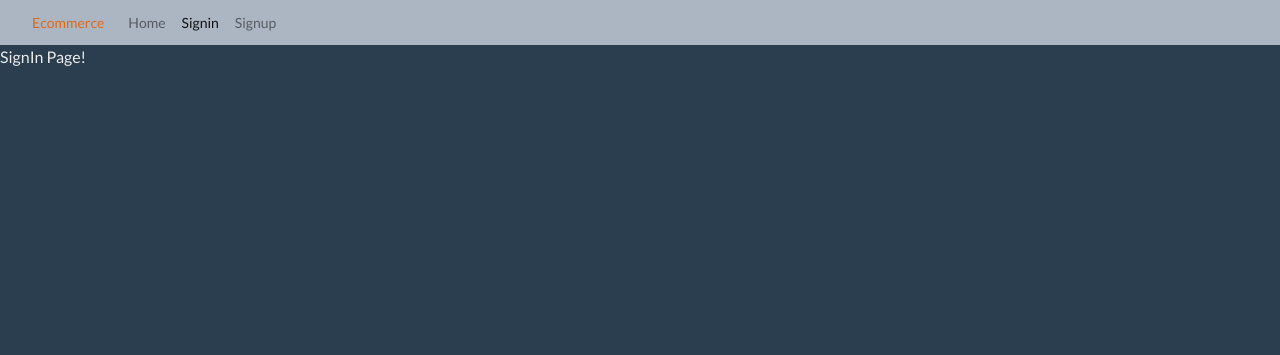
Repository: godlikeAlex/ecommerce-frontend-react
Page: /signin
An editor plug-in stored every save of this project. The page is shown before and after the next save, followed by the edit.
The browser window is 1280 px wide. The pictures show the whole page.
The project was rebuilt for these pictures with package versions that can differ from the ones it lists, and the page was loaded fresh each time. Also part of the build but not shown: src/components/Auth/SignUp.js, src/components/Core/MainPage.js.

Above is the page before, as saved 2019-12-12 01:08:58.

### public/index.html
<!DOCTYPE html>
<html lang="en">
  <head>
    <meta charset="utf-8" />
    <link rel="icon" href="%PUBLIC_URL%/favicon.ico" />
    <meta name="viewport" content="width=device-width, initial-scale=1" />
    <meta name="theme-color" content="#000000" />
    <meta
      name="description"
      content="Web site created using create-react-app"
    />
    <link rel="apple-touch-icon" href="%PUBLIC_URL%/logo192.png" />
    <!--
      manifest.json provides metadata used when your web app is installed on a
      user's mobile device or desktop. See https://developers.google.com/web/fundamentals/web-app-manifest/
    -->
    <link rel="manifest" href="%PUBLIC_URL%/manifest.json" />
    <!--
      Notice the use of %PUBLIC_URL% in the tags above.
      It will be replaced with the URL of the `public` folder during the build.
      Only files inside the `public` folder can be referenced from the HTML.

      Unlike "/favicon.ico" or "favicon.ico", "%PUBLIC_URL%/favicon.ico" will
      work correctly both with client-side routing and a non-root public URL.
      Learn how to configure a non-root public URL by running `npm run build`.
    -->
    <link rel="stylesheet" href="https://bootswatch.com/4/superhero/bootstrap.min.css">
    <title>Express Ecomerce Application</title>
  </head>
  <body>
    <noscript>You need to enable JavaScript to run this app.</noscript>
    <div id="root"></div>
    <!--
      This HTML file is a template.
      If you open it directly in the browser, you will see an empty page.

      You can add webfonts, meta tags, or analytics to this file.
      The build step will place the bundled scripts into the <body> tag.

      To begin the development, run `npm start` or `yarn start`.
      To create a production bundle, use `npm run build` or `yarn build`.
    -->
  </body>
</html>

### src/App.js
import React from 'react';
import Routes from './Routes';

function App() {
  return (
    <div className="App">
      <Routes />
    </div>
  );
}

export default App;

### src/Routes.js
import React from 'react';
import {BrowserRouter as Router, Switch, Route} from 'react-router-dom';
import SignIn from './components/Auth/SignIn';
import SignUp from './components/Auth/SignUp';
import Home from './components/Core/MainPage';
import Menu from './components/Core/Menu';

const Routes = () => (
    <Router>
        <Menu />
        <Switch>
            <Route path='/' exact component={Home} />
            <Route path='/signin' exact component={SignIn} />
            <Route path='/signup' exact component={SignUp} />
        </Switch>
    </Router>
);

export default Routes;

### src/components/Auth/SignIn.js
import React from 'react';

const SignUp = () => <div>SignIn Page!</div>

export default SignUp;

### src/components/Core/Menu.js
import React from 'react';
import { Link, withRouter } from 'react-router-dom';

const isActive = (history, path) => {
    const defaultClasses = 'nav-item nav-link';
    return history.location.pathname === path ? `${defaultClasses} active` : defaultClasses;
}

const Menu = ({history}) => {
    return (
        <nav class="navbar navbar-expand-lg navbar-light bg-light">
            <Link className="nav-item nav-link" to="/">Ecommerce</Link>
            <button class="navbar-toggler" type="button" data-toggle="collapse" data-target="#navbarNavAltMarkup" aria-controls="navbarNavAltMarkup" aria-expanded="false" aria-label="Toggle navigation">
                <span class="navbar-toggler-icon"></span>
            </button>
            <div class="collapse navbar-collapse" id="navbarNavAltMarkup">
                <div class="navbar-nav">
                    <Link className={isActive(history, '/')} to="/">Home <span class="sr-only">(current)</span></Link>
                    <Link className={isActive(history, '/signin')} to="/signin">Signin</Link>
                    <Link className={isActive(history, '/signup')} to="/signup">Signup</Link>
                </div>
            </div>
        </nav>
    )
};

export default withRouter(Menu);

### src/components/Core/Layout.js
import React from 'react';

const Layout = ({title = 'Title', description = 'Desc', className, children}) => (
    <div>
        <div className="jumbotron">
            <h2>{title}</h2>
            <p className="lead">{description}</p>
        </div>
        <div className={className}>
            {children}
        </div>
    </div>
);

export default Layout;

Loaded but not shown: src/index.js (common file)

After the next save:
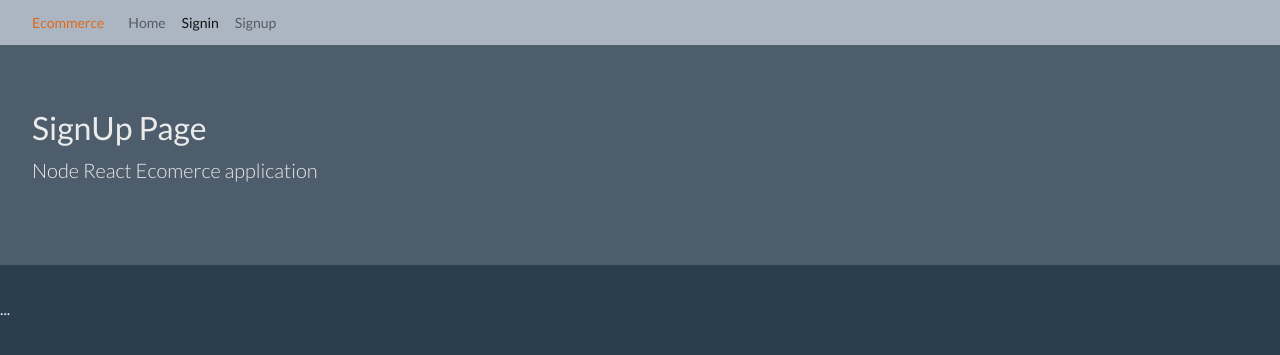
Saved 23 s later.
--- a/src/components/Auth/SignIn.js
+++ b/src/components/Auth/SignIn.js
@@ -1,5 +1,11 @@
 import React from 'react';
+import Layout from '../Core/Layout';
 
-const SignUp = () => <div>SignIn Page!</div>
+
+const SignUp = () => (
+    <Layout title="SignUp Page" description="Node React Ecomerce application">
+    ...
+    </Layout>
+)
 
 export default SignUp;
